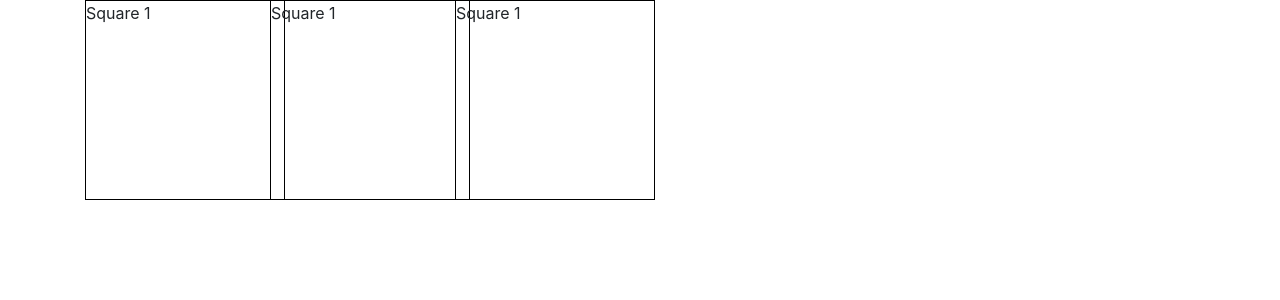
Repository: tts2610/Tic-Tac_Toe
Page: /
These files come from the project's save history. The page is drawn as it stood at one moment and after the next save; the edit follows.
The browser window is 1280 px wide. The pictures show the whole page.
The project was rebuilt for these pictures with package versions that can differ from the ones it lists, and the page was loaded fresh each time.

Above is the page before, as saved 2020-06-02 10:54:59.

### src/App.js
import React, { Component } from "react";
import "./App.css";
import Board from "./components/Board";
import "bootstrap/dist/css/bootstrap.min.css";

export default class App extends Component {
  render() {
    return (
      <div className="App">
        <Board />
      </div>
    );
  }
}

### src/App.css
.box {
    width: 200px;
    height: 200px;
    border: 1px solid black;
}

### src/components/Board.js
import React, { Component } from "react";
import Square from "./Square";
import { Row, Col, Container } from "react-bootstrap/";

const styles = {
  grid: {
    paddingLeft: 0,
    paddingRight: 0,
  },
  row: {
    marginLeft: 0,
    marginRight: 0,
    width: "50%",
  },
  col: {
    paddingLeft: 0,
    paddingRight: 0,
  },
};
export default class Board extends Component {
  render() {
    return (
      <Container>
        <Row style={styles.row}>
          <Col sm={4} style={styles.col}>
            <Square />
          </Col>
          <Col sm={4} style={styles.col}>
            <Square />
          </Col>
          <Col sm={4} style={styles.col}>
            <Square />
          </Col>
        </Row>
      </Container>
    );
  }
}

### src/components/Square.js
import React from "react";

export default function Square() {
  return <div className="box">Square 1</div>;
}

Loaded but not shown: public/index.html (common file); src/index.js (common file); src/index.css (common file); src/serviceWorker.js (common file)

After the next save:
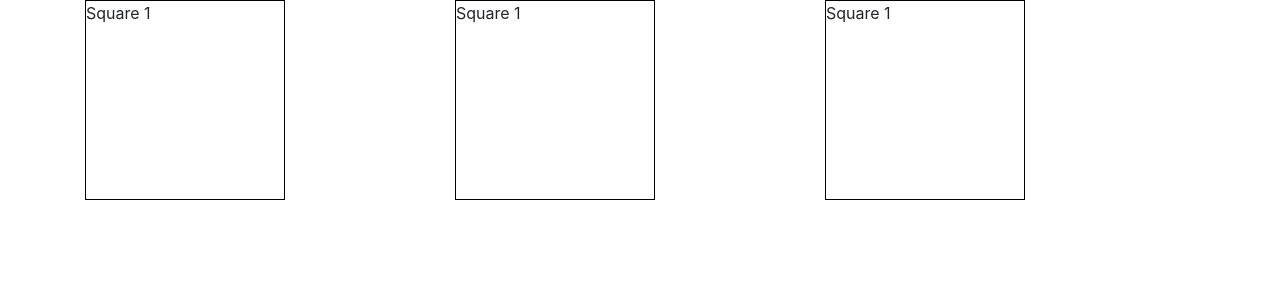
Saved 10 s later.
--- a/src/components/Board.js
+++ b/src/components/Board.js
@@ -10,7 +10,6 @@ const styles = {
   row: {
     marginLeft: 0,
     marginRight: 0,
-    width: "50%",
   },
   col: {
     paddingLeft: 0,
